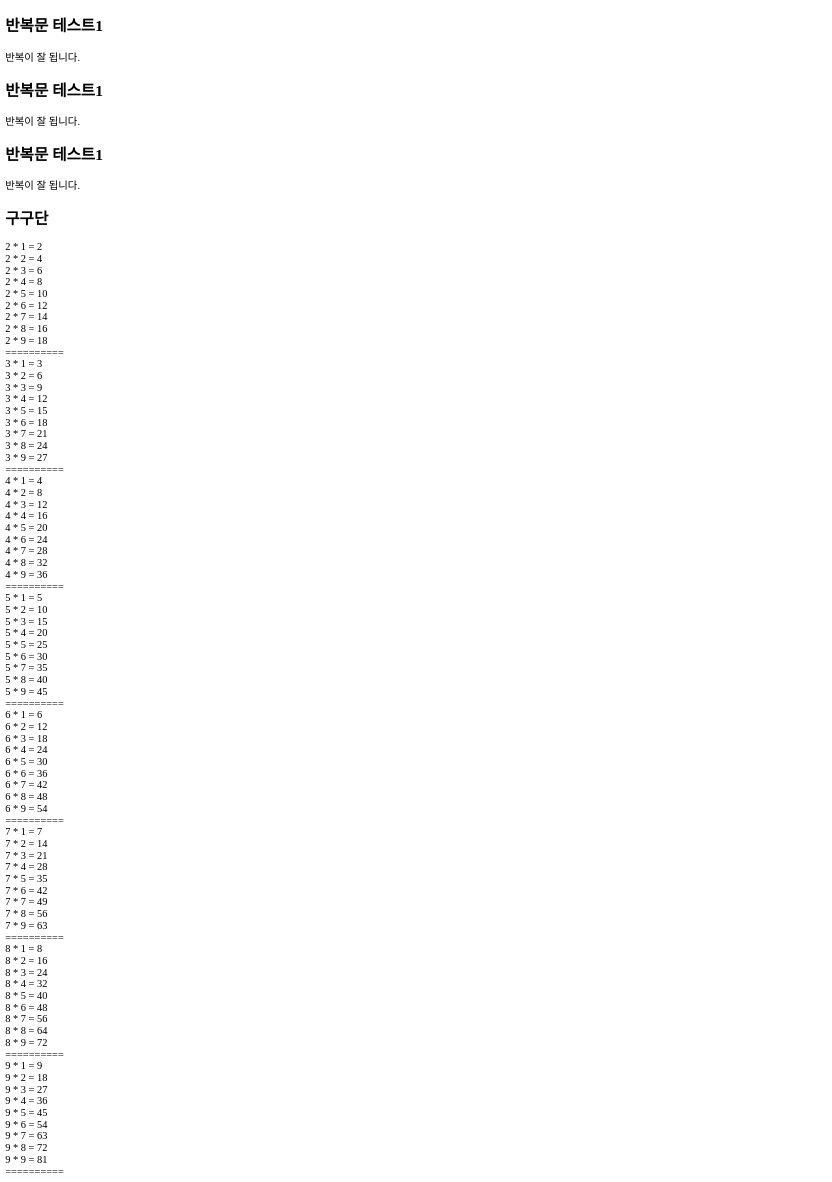
Repository: mickey530/jsp_practice
Page: http://localhost/JSPBasic/JspTag/Scriptlet.jsp
These files come from the project's save history. The page is drawn as it stood at one moment and after the next save; the edit follows.
The browser window is 1280 px wide. The pictures show the whole page, at 65% of full size.
The page is served by Tomcat 9.

Above is the page before, as saved 2022-01-28 02:42:51.

### JSPBasic/src/main/webapp/JspTag/Scriptlet.jsp
<%@ page language="java" contentType="text/html; charset=UTF-8"
    pageEncoding="UTF-8"%>
<!DOCTYPE html>
<html>
<head>
<meta charset="UTF-8">
<title>Insert title here</title>
</head>
<body>
	<!-- 스크립트릿 내부에는 자바 코드를 작성할 수 있으며
	이 코드를 반영해 페이지가 구성됩니다. -->
	<% for(int i = 0; i < 3; i++){ %>
		<h2>반복문 테스트1</h2>
		<p>
			반복이 잘 됩니다.
		</p>
	<% } %>

	<!-- 하단에 구구단 코드를 작성해주세요.
	System.out.println() 이 괄호 내 구문을 콘솔에 찍히게 해줬다면
	out.println()은 html화면에 괄호 내 구문을 콘솔에 찍히게 해줍니다.
	(javascript의 document.write()와 같은 역할) -->
	<h2>구구단</h2>
	<% for(int i = 2; i < 10; i++){

		for(int j = 1; j < 10; j++){
			out.println(i + " * " + j +" = " + i*j + "<br/>");
		}
		out.println("========== <br/>");
		}%>

</body>
</html>

After the next save:
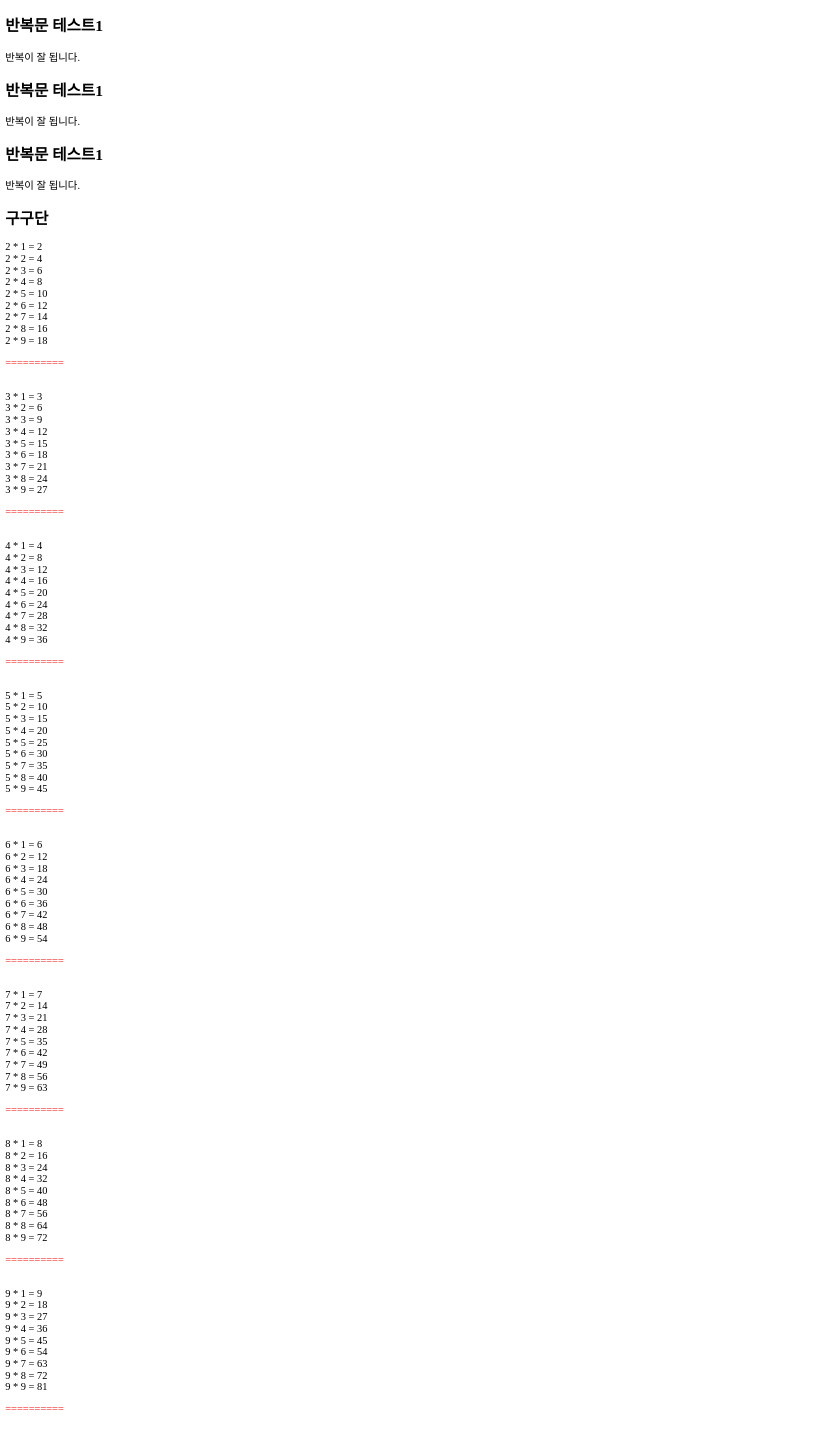
Saved 4 min 49 s later.
--- a/JSPBasic/src/main/webapp/JspTag/Scriptlet.jsp
+++ b/JSPBasic/src/main/webapp/JspTag/Scriptlet.jsp
@@ -26,7 +26,7 @@
 		for(int j = 1; j < 10; j++){
 			out.println(i + " * " + j +" = " + i*j + "<br/>");
 		}
-		out.println("========== <br/>");
+		out.println("<p style='color:red'>==========</p> <br/>");
 		}%>
 
 </body>
